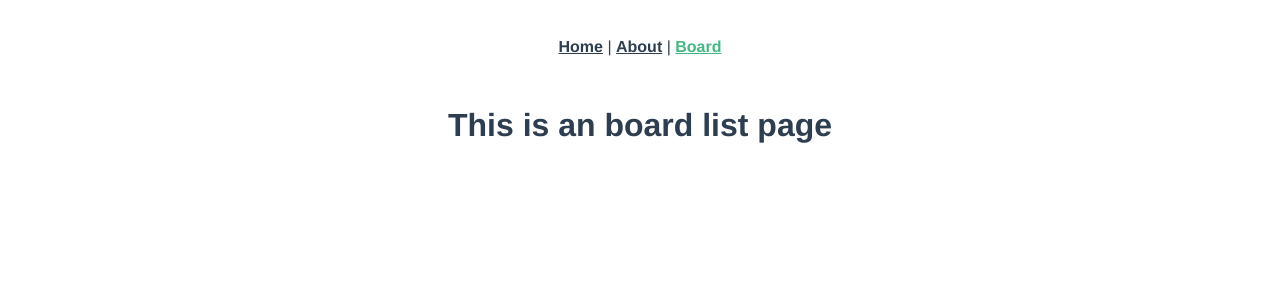
Repository: Nohyunjin/vuesomething
Page: /board (app in testvue/)
The author's editor kept a copy of each file at every save. The page is drawn from the files as they stood at one save, then again after the next save.
The browser window is 1280 px wide. The pictures show the whole page.
The page's requests for data from a server got no answer. The project was rebuilt for these pictures with package versions that can differ from the ones it lists, and the page was loaded fresh each time. No one was signed in, and anything a server would have sent is missing. Also part of the build but not shown: testvue/vue.config.js, testvue/src/components/HelloWorld.vue, testvue/src/views/HomeView.vue.

Above is the page before, as saved 2022-05-03 10:10:56.

### testvue/src/main.js
import { createApp } from 'vue'
import App from './App.vue'
import router from './router'
import axios from 'axios'

const app = createApp(App).use(router)
app.config.globalProperties.axios = axios
app.mount('#app')

### testvue/src/App.vue
<template>
  <nav>
    <router-link to="/">Home</router-link> |
    <router-link to="/about">About</router-link> |
    <router-link to="/board">Board</router-link>
  </nav>
  <router-view/>
</template>

<style>
#app {
  font-family: Avenir, Helvetica, Arial, sans-serif;
  -webkit-font-smoothing: antialiased;
  -moz-osx-font-smoothing: grayscale;
  text-align: center;
  color: #2c3e50;
}

nav {
  padding: 30px;
}

nav a {
  font-weight: bold;
  color: #2c3e50;
}

nav a.router-link-exact-active {
  color: #42b983;
}
</style>

### testvue/src/router/index.js
import { createRouter, createWebHistory } from 'vue-router'
import HomeView from '../views/HomeView.vue'

const routes = [
  {
    path: '/',
    name: 'home',
    component: HomeView
  },
  {
    path: '/about',
    name: 'About',
    // route level code-splitting
    // this generates a separate chunk (about.[hash].js) for this route
    // which is lazy-loaded when the route is visited.
    component: () => import(/* webpackChunkName: "about" */ '../views/AboutView.vue')
  },
  {
    path: '/board',
    name: 'BoardList',
    component: () => import('@/views/BoardList.vue')
  }
]

const router = createRouter({
  history: createWebHistory(process.env.BASE_URL),
  routes
})

export default router

### testvue/src/views/BoardList.vue
<template>
	<div class="board">
		<h1>This is an board list page</h1>
	</div>
</template>

<script>
export default {
	name : 'BoardList',
  data : function() {
    return {
      boardList : []
    }
  },
  methods : {
	getBoardList() {
		this.axios.get("http://localhost:9000/boards").then((res)=>{
			console.log(res);
		}).catch((err) => {
			console.log(err);
		});
	}
  },
  mounted() {
	this.getBoardList();
}
};
</script>

<style scoped>
.board { width:800px; margin: 20px auto; }
</style>

Loaded but not shown: testvue/public/index.html (common file)

After the next save:
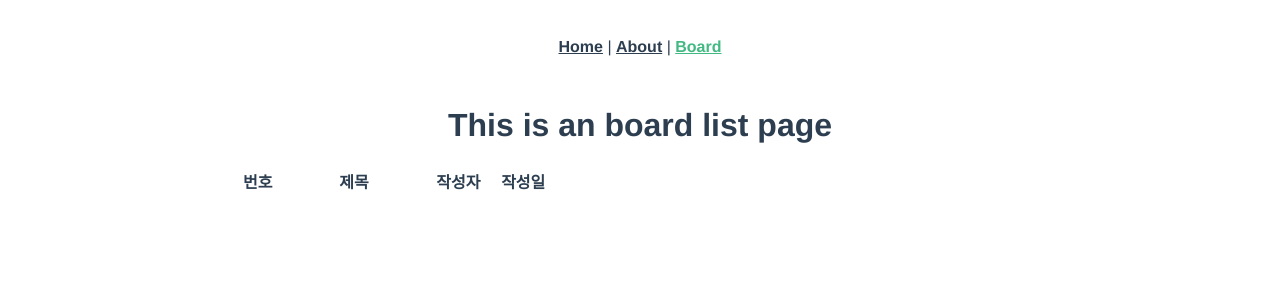
Saved 16 min 22 s later.
--- a/testvue/src/views/BoardList.vue
+++ b/testvue/src/views/BoardList.vue
@@ -1,6 +1,30 @@
 <template>
 	<div class="board">
 		<h1>This is an board list page</h1>
+    <table>
+			<colgroup>
+				<col style="width:10%">
+				<col style="width:*">
+				<col style="width:15%">
+				<col style="width:25%">
+			</colgroup>
+			<thead>
+				<tr>
+					<th scope="col">번호</th>
+					<th scope="col">제목</th>
+					<th scope="col">작성자</th>
+					<th scope="col">작성일</th>
+				</tr>
+			</thead>
+			<tbody>
+				<tr v-for="boardItem in boardList" v-bind:key="boardItem.no">
+					<td>{{boardItem.no}}</td>
+					<td>{{boardItem.subject}}</td>
+					<td>{{boardItem.writer}}</td>
+					<td>{{boardItem.writedate}}</td>
+				</tr>
+			</tbody>
+		</table>
 	</div>
 </template>
 
@@ -16,6 +40,7 @@ export default {
 	getBoardList() {
 		this.axios.get("http://localhost:9000/boards").then((res)=>{
 			console.log(res);
+      this.boardList = res.data.data
 		}).catch((err) => {
 			console.log(err);
 		});
